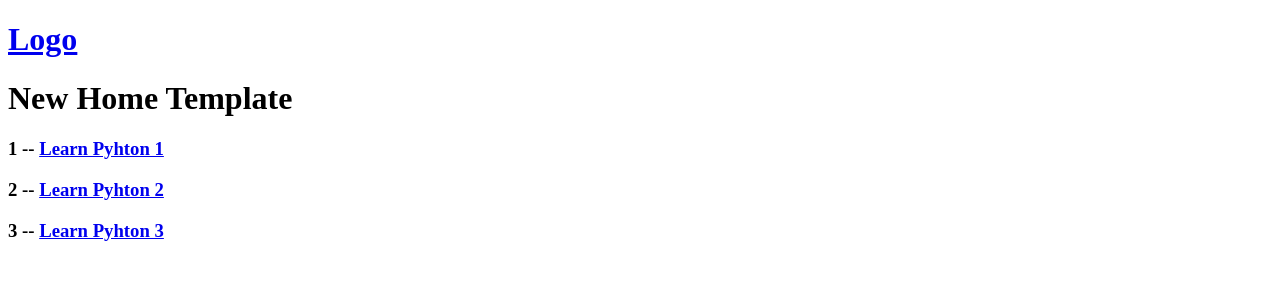
Repository: DZESU/studybug_django
Page: http://localhost/
These files come from the project's save history. The page is drawn as it stood at one moment and after a run of saves; the edit follows.
The browser window is 1280 px wide. The pictures show the whole page.
The page is served by the project's application, run on Django 4.2 (manage.py). Other server files are loaded and not shown. The page reads the database file committed with the project.

Above is the page before, as saved 2022-08-01 22:21:01.

### base/templates/base/home.html
{% extends 'main.html' %}

{% block content %}
<h1>New Home Template</h1>

<div>
    <div>
        {% for room in rooms %}
            <div>
                <h3>

                    {{room.id}} -- <a href='{% url "room" room.id %}'>{{room.name}}</a>
                </h3>
            </div>
        {% endfor %}
    </div>
</div>
{% endblock content %}

### templates/main.html
<!DOCTYPE html>
<html lang="en">
<head>
    <meta charset="UTF-8">
    <meta http-equiv="X-UA-Compatible" content="IE=edge">
    <meta name="viewport" content="width=device-width, initial-scale=1.0">
    <title>Pory</title>
</head>
<body>
    {% include 'navbar.html' %}
    {% block content %}

    {% endblock %}
</body>

</html>

### templates/navbar.html
<a href="/">
    <h1>
        Logo
    </h1>
</a>

### base/views.py
from django.http import HttpResponse
from django.shortcuts import render

# Create your views here.
rooms = [

    {'id': 1, 'name': "Learn Pyhton 1"},
    {'id': 2, 'name': "Learn Pyhton 2"},
    {'id': 3, 'name': "Learn Pyhton 3"},
]


def home(request):
    context = {'rooms': rooms}
    return render(request, 'base/home.html', context)


def room(request, pk):
    room = None
    for i in rooms:
        if i['id'] == int(pk):
            room = i
    context = {"room":room}
    return render(request, 'room.html', context)

### studybud/urls.py
"""studybud URL Configuration

The `urlpatterns` list routes URLs to views. For more information please see:
    https://docs.djangoproject.com/en/4.0/topics/http/urls/
Examples:
Function views
    1. Add an import:  from my_app import views
    2. Add a URL to urlpatterns:  path('', views.home, name='home')
Class-based views
    1. Add an import:  from other_app.views import Home
    2. Add a URL to urlpatterns:  path('', Home.as_view(), name='home')
Including another URLconf
    1. Import the include() function: from django.urls import include, path
    2. Add a URL to urlpatterns:  path('blog/', include('blog.urls'))
"""
from django.contrib import admin
from django.http import HttpResponse
from django.urls import path, include


urlpatterns = [
    path('admin/', admin.site.urls),
    path('', include('base.urls'))

]

### base/urls.py

from django.urls import path
from . import views


urlpatterns = [
    path('', views.home, name='home'),
    path('room/<str:pk>/', views.room, name='room'),
]

### base/models.py
from django.db import models

# Create your models here.

class Room(models.Model):
    # host =
    # topic =
    name = models.CharField(max_length=200)
    description  = models.TextField(null= True, blank=True)
    # participents =
    updated = models.DateTimeField(auto_now=True)
    created = models.DateTimeField(auto_now_add=True)

    def __str__(self) -> str:
        return self.name

### db.sqlite3 (the tables this page reads, as SQL)
CREATE TABLE "base_room" ("id" integer NOT NULL PRIMARY KEY AUTOINCREMENT, "name" varchar(200) NOT NULL, "description" text NULL, "updated" datetime NOT NULL, "created" datetime NOT NULL, "host_id" integer NULL REFERENCES "auth_user" ("id") DEFERRABLE INITIALLY DEFERRED, "topic_id" bigint NULL REFERENCES "base_topic" ("id") DEFERRABLE INITIALLY DEFERRED);
INSERT INTO "base_room" VALUES
(2, 'Room Hello World 1', '', '2022-08-01 15:38:18.102900', '2022-08-01 15:37:56.078674', 1, 1),
(3, 'Room Hello World 2', '', '2022-08-01 15:38:10.107798', '2022-08-01 15:38:10.107798', 1, 1);

After the next 2 saves:
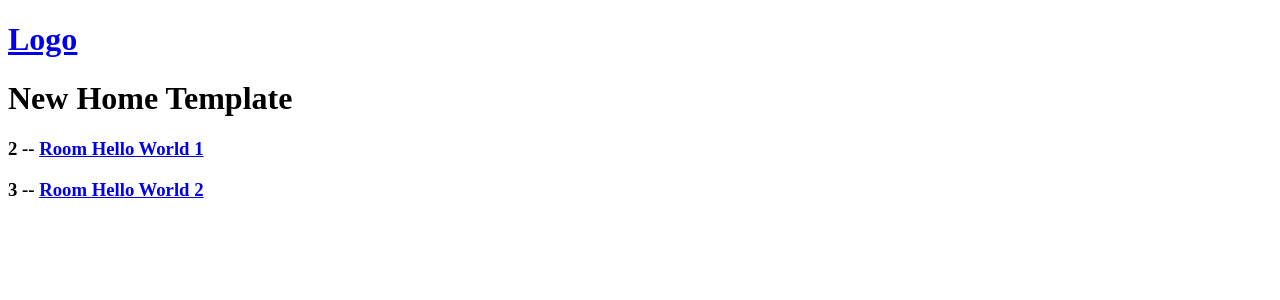
The 2 saves are shown as one change because 1 did not build or start.
The last was saved 2 min 57 s later.
--- a/base/views.py
+++ b/base/views.py
@@ -1,16 +1,17 @@
 from django.http import HttpResponse
 from django.shortcuts import render
+from .models import Room
 
 # Create your views here.
-rooms = [
-
-    {'id': 1, 'name': "Learn Pyhton 1"},
-    {'id': 2, 'name': "Learn Pyhton 2"},
-    {'id': 3, 'name': "Learn Pyhton 3"},
-]
+# rooms = [
+#     {'id': 1, 'name': "Learn Pyhton 1"},
+#     {'id': 2, 'name': "Learn Pyhton 2"},
+#     {'id': 3, 'name': "Learn Pyhton 3"},
+# ]
 
 
 def home(request):
+    rooms = Room.objects.all()
     context = {'rooms': rooms}
     return render(request, 'base/home.html', context)
 
